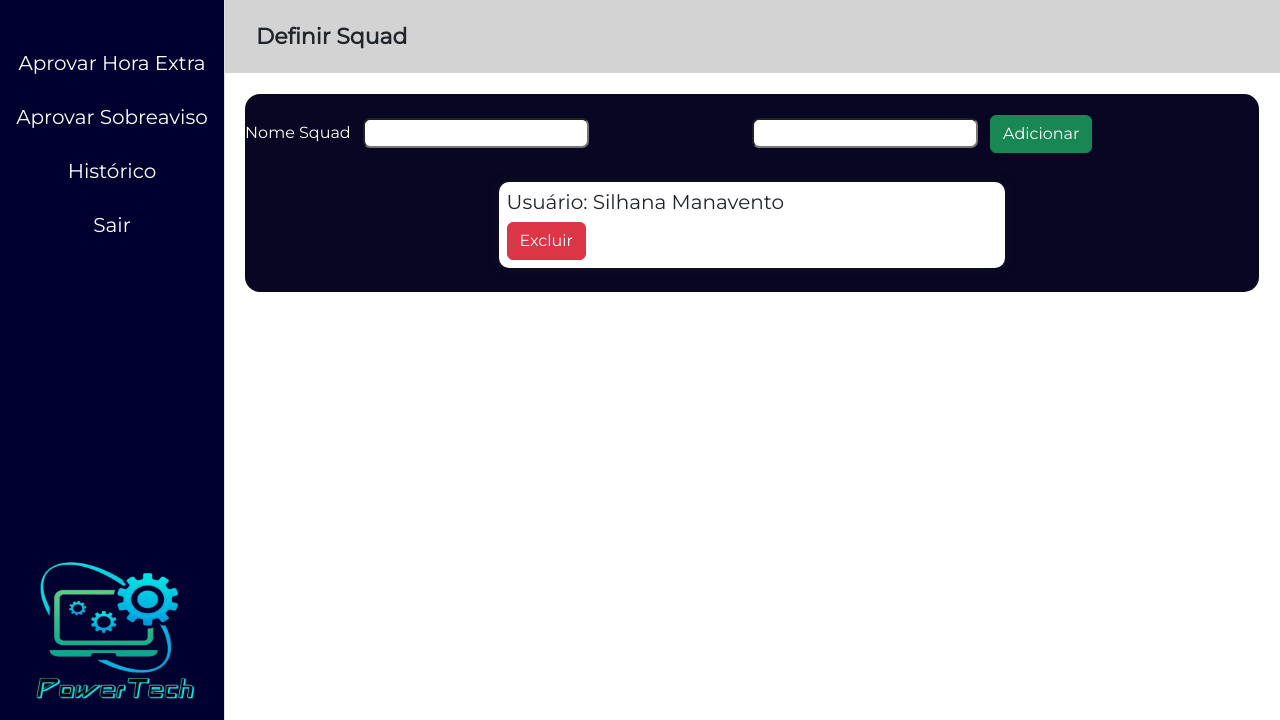
Repository: PowerTech-Fatec/API-2RP-NET
Page: /adm/squad (app in Sprint 3/2rp-web/)
The author's editor kept a copy of each file at every save. The page is drawn from the files as they stood at one save, then again after the next save.
The browser window is 1280 px wide. The pictures show the whole page.
The project was rebuilt for these pictures with package versions that can differ from the ones it lists, and the page was loaded fresh each time. Also part of the build but not shown: Sprint 3/2rp-web/src/pages/login/login.js, Sprint 3/2rp-web/src/pages/home/dashboard.js, Sprint 3/2rp-web/src/pages/home/sobreaviso/sobreaviso.css, Sprint 3/2rp-web/src/pages/home/sobreaviso/sobreaviso.js, Sprint 3/2rp-web/src/pages/home/hora-extra/hora-extra.css, Sprint 3/2rp-web/src/pages/home/hora-extra/hora-extra.js, Sprint 3/2rp-web/src/components/cards/Cards.js, Sprint 3/2rp-web/src/pages/home/gestor/aprovar-hora-extra/gestor.js and 3 more.

Above is the page before, as saved 2022-11-02 16:52:19.

After the next save:
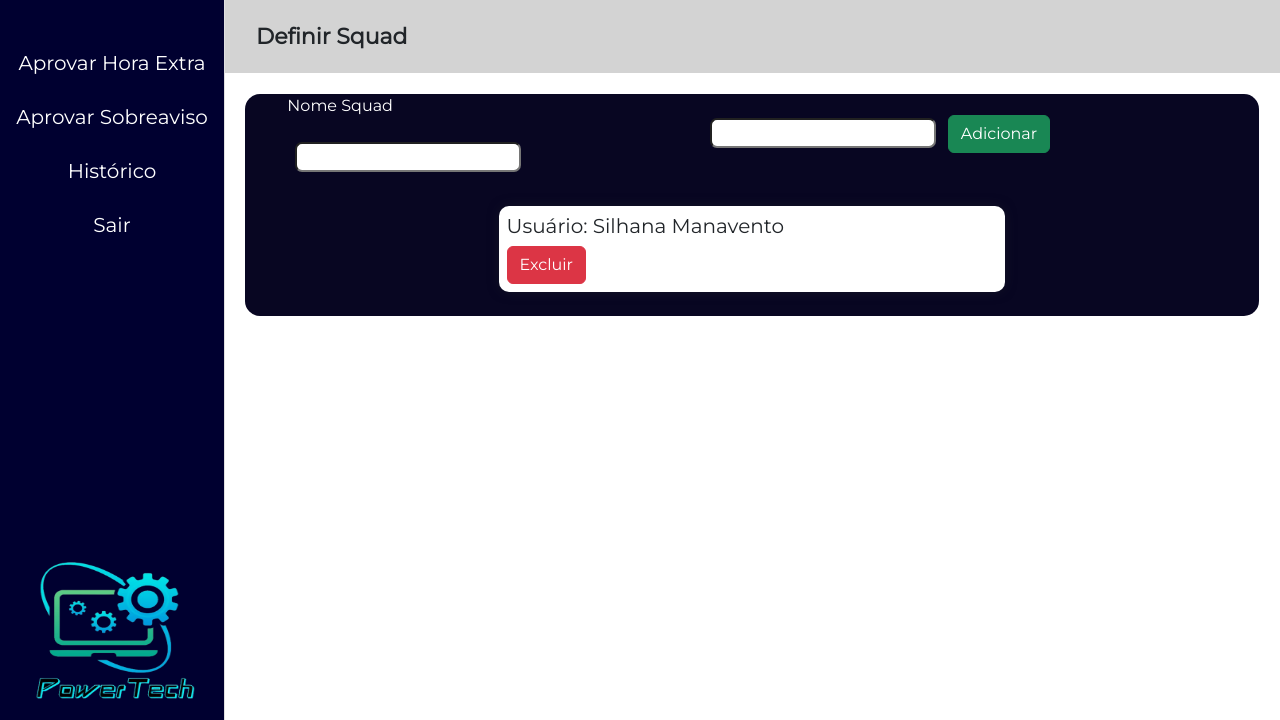
Saved 24 s later.
--- a/Sprint 3/2rp-web/src/pages/home/adm/squad/def-squad.js
+++ b/Sprint 3/2rp-web/src/pages/home/adm/squad/def-squad.js
@@ -16,7 +16,7 @@ function Squad() {
 
             <div>
             <div className="d-flex justify-content-around">
-            <div className="col-6">
+            <div className="col-4">
             <span>
             <label className="font">Nome Squad</label> <input className="squad-name mt-4 mb-4 ml-2"></input>
             </span>
